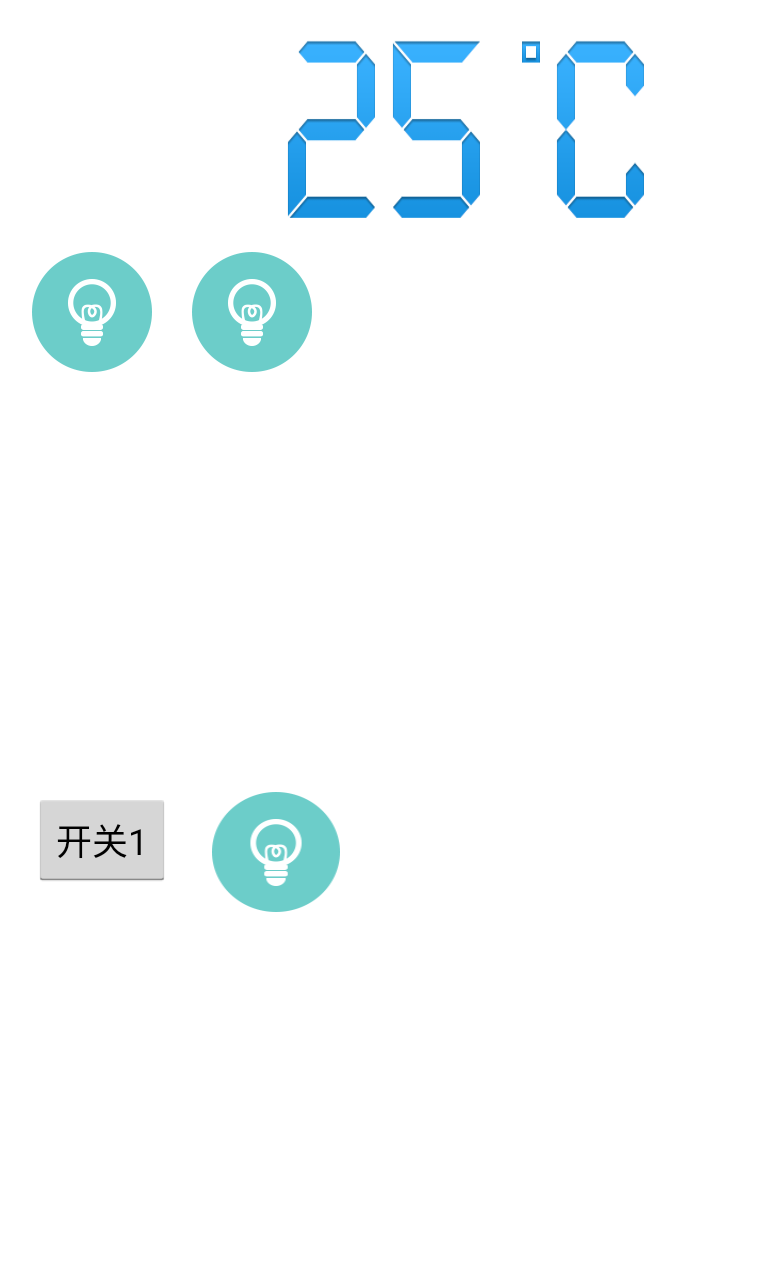
Repository: MyungSinKim/mqtt-demo
Layout: cloud2-demo/res/layout/main.xml
These files come from the project's save history. The layout is drawn as it stood at one moment and after the next save; the edit follows.
It is drawn on a 768 x 1280 px phone screen (xhdpi) without system bars, with theme AppTheme; the app's code is not run.

Above is the layout before, as saved 2015-11-02 05:16:30.

### cloud2-demo/res/layout/main.xml
<RelativeLayout xmlns:android="http://schemas.android.com/apk/res/android"
    android:layout_width="match_parent"
    android:layout_height="match_parent"
    android:layout_gravity="center_horizontal"
    android:paddingBottom="@dimen/activity_vertical_margin"
    android:paddingLeft="@dimen/activity_horizontal_margin"
    android:paddingRight="@dimen/activity_horizontal_margin"
    android:paddingTop="@dimen/activity_vertical_margin" >

    <RelativeLayout
        android:id="@+id/rl1"
        android:layout_width="match_parent"
        android:layout_height="100dp" >

        <ImageView
            android:id="@+id/temperture_iv"
            android:layout_width="wrap_content"
            android:layout_height="100dp"
            android:layout_centerHorizontal="true"
            android:background="@drawable/num_25" />

        <ImageView
            android:id="@+id/temperture_unit_iv"
            android:layout_width="wrap_content"
            android:layout_height="100dp"
            android:layout_marginLeft="10dp"
            android:layout_toRightOf="@id/temperture_iv"
            android:background="@drawable/air_du" />
    </RelativeLayout>

    <RelativeLayout
        android:id="@+id/rl2"
        android:layout_width="match_parent"
        android:layout_height="200dp"
        android:layout_below="@+id/rl1" >

        <ImageView
            android:id="@+id/light_1_iv"
            android:layout_width="wrap_content"
            android:layout_height="wrap_content"
            android:layout_marginTop="10dp"
            android:background="@drawable/light_off"
            android:tag="off" />

        <ImageView
            android:id="@+id/light_2_iv"
            android:layout_width="wrap_content"
            android:layout_height="wrap_content"
            android:layout_alignTop="@+id/light_1_iv"
            android:layout_marginLeft="20dp"
            android:layout_toRightOf="@id/light_1_iv"
            android:background="@drawable/light_off"
            android:tag="off" />
    </RelativeLayout>

    <Button
        android:id="@+id/imageButton1"
        android:layout_width="wrap_content"
        android:layout_height="wrap_content"
        android:layout_below="@+id/rl2"
        android:layout_marginTop="80dp"
        android:text="开关1"
         />

    <Button
        android:id="@+id/imageButton2"
        android:layout_width="wrap_content"
        android:layout_height="wrap_content"
        android:layout_alignTop="@+id/imageButton1"
        android:layout_below="@+id/rl2"
        android:layout_marginLeft="20dp"
        android:layout_toRightOf="@id/imageButton1"
        android:background="@drawable/light_off"
        android:tag="off" />

</RelativeLayout>

Loaded but not shown: cloud2-demo/res/values/styles.xml (common file); cloud2-demo/res/values-v11/styles.xml (common file); cloud2-demo/res/values-v14/styles.xml (common file); cloud2-demo/res/values/dimens.xml (common file)

After the next save:
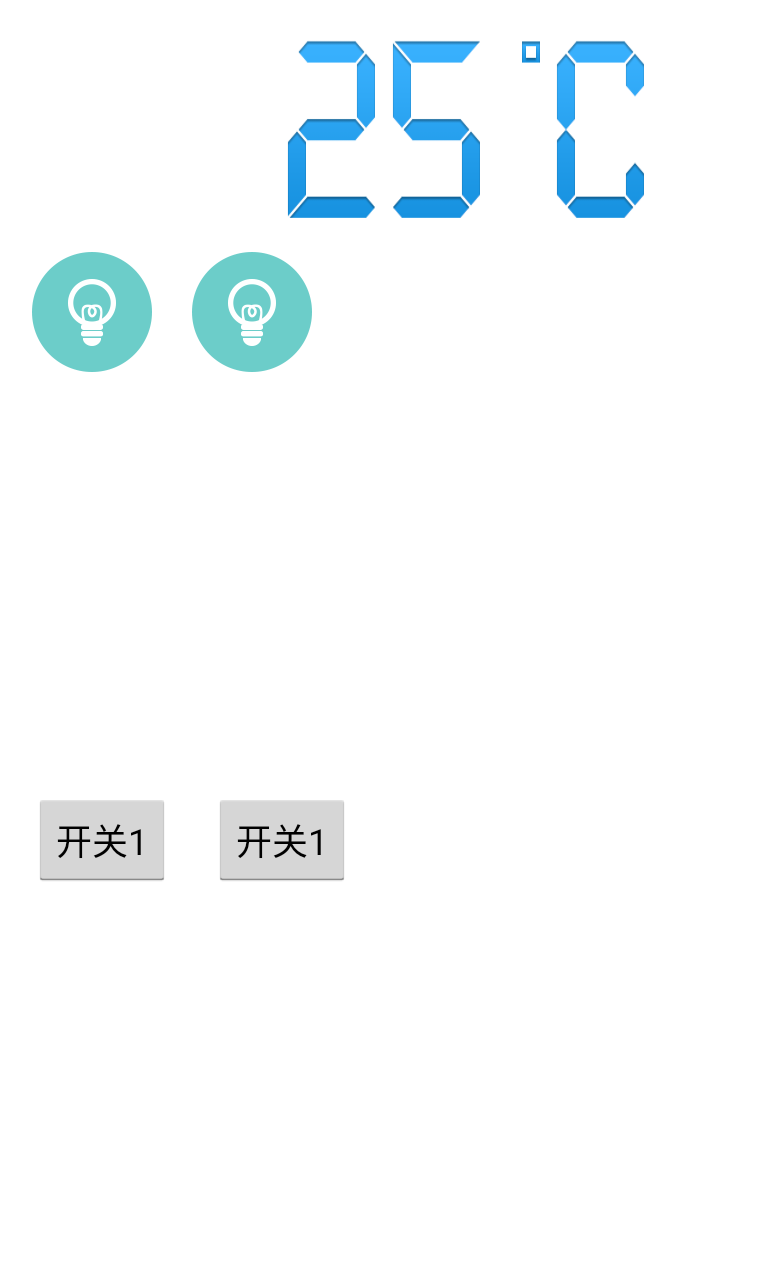
Saved 10 s later.
--- a/cloud2-demo/res/layout/main.xml
+++ b/cloud2-demo/res/layout/main.xml
@@ -59,8 +59,7 @@
         android:layout_height="wrap_content"
         android:layout_below="@+id/rl2"
         android:layout_marginTop="80dp"
-        android:text="开关1"
-         />
+        android:text="开关1" />
 
     <Button
         android:id="@+id/imageButton2"
@@ -70,7 +69,6 @@
         android:layout_below="@+id/rl2"
         android:layout_marginLeft="20dp"
         android:layout_toRightOf="@id/imageButton1"
-        android:background="@drawable/light_off"
-        android:tag="off" />
+        android:text="开关1" />
 
 </RelativeLayout>
